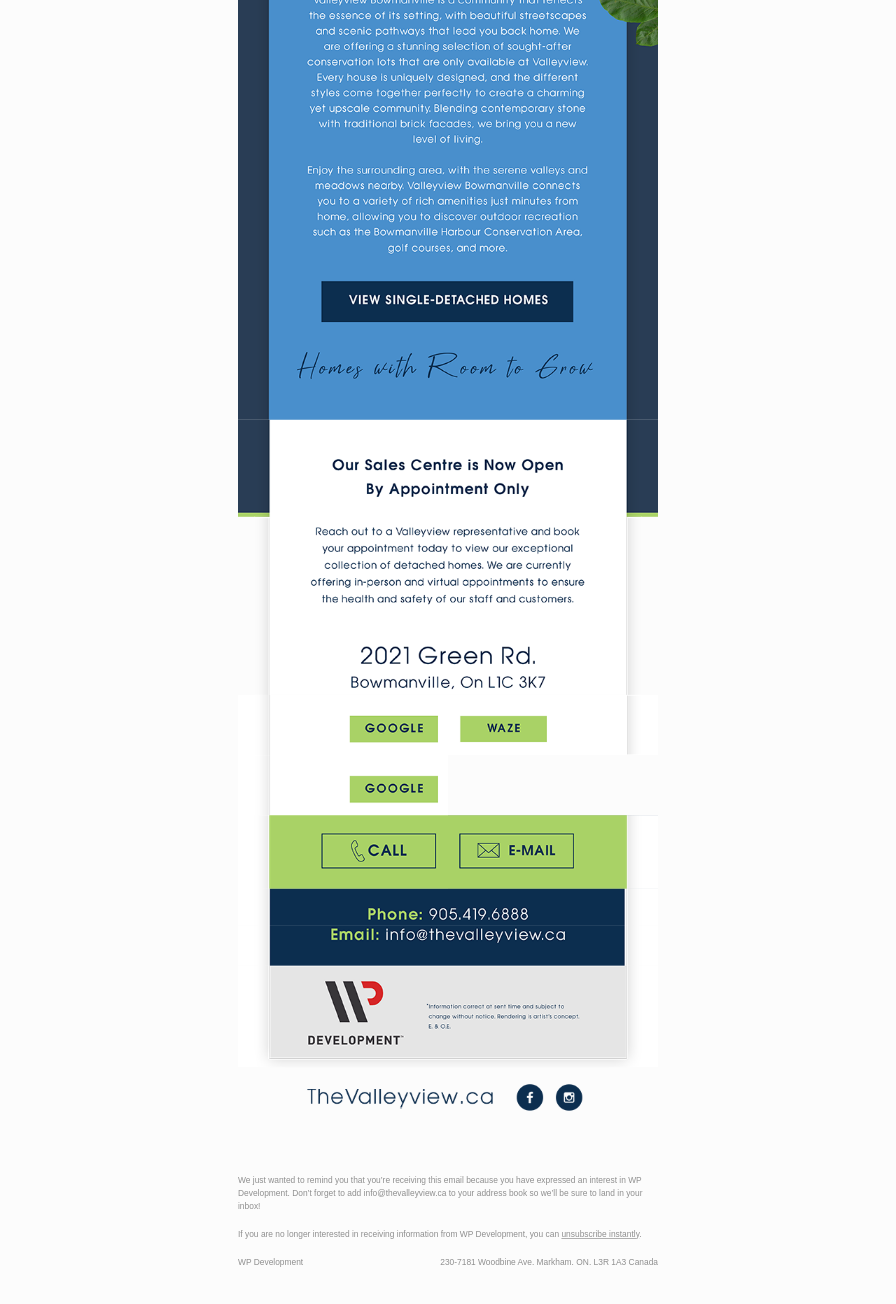
Repository: Danieldev28/Email_Marketing
Page: 6535 WEAL Valleyview - July 2020 Conservation Ecast/index.html
The author's editor kept a record of every edit. The page is drawn from the files as they stood at one moment, then again after the next edit.
The browser window is 1280 px wide. The pictures show the part of the page from y = 1334 to 3254 px (the page is 3197 px tall before and 3254 px after), at 70% of full size.

Above is the page before.

### 6535 WEAL Valleyview - July 2020 Conservation Ecast/index.html
<!DOCTYPE html PUBLIC "-//W3C//DTD HTML 4.01 Transitional//EN"
	 "http://www.w3.org/TR/html4/loose.dtd">
<html lang="en">
	<head>
		<meta http-equiv="Content-Type" content="text/html; charset=UTF-8">
		<title>Valleyview</title>
		<meta name="format-detection" content="telephone=no">
		<style type="text/css">
			@media screen and (-webkit-min-device-pixel-ratio: 3.0) and (max-width: 1080px), screen and (max-width: 600px){
				table[class="contenttable"]{
					width: 340px !important;
				}
				table[class="legal"]{
					width: 340px !important;
				}
				img[class="social"]{
					height: 22px !important;
				}
				img[class="img-full"]{
					width: 340px !important;
				}
				img[class="url"]{
					width: 200px !important;
				}
				table[class="box1"]{
					width:  124.71px !important;
				}
				table[class="box2"]{
					width:  90.70px !important;
				}
				table[class="box3"]{
					width:  170px !important;
				}
			}
			table{
				mso-table-lspace:0pt;
				mso-table-rspace:0pt;
				border-collapse:collapse;
			}
			a {
				text-decoration:none;
				border:none;
			}
			img {
				border:none;
				border-collapse:collapse;
			}
			hr {
				height:1px;
				color:#fff;
				background-color: #fff;
				border:none;
			}
			p {
				padding:0px;
				margin:0px;
			}
			.ReadMsgBody { width: 100%; margin:0px; padding:0px;}
			.ExternalClass {width: 100%; margin:0px; padding:0px; background-color:#fff !important;}
			*{line-height: 100% }
		</style>
	</head>
	<body bgcolor="#fcfcfc" topmargin="0" leftmargin="0" marginheight="0" marginwidth="0" style="-webkit-font-smoothing: antialiased;width:100% !important;background:#fcfcfc;-webkit-text-size-adjust:none;background-color:#fcfcfc;">
		<table border="0" cellpadding="0" cellspacing="0" class="contenttable" align="center" style="width:600px;height:auto;border-collapse:collapse;">
			<tr>
				<td colspan="2" style="margin:0px;padding:40px 0px;color:#8f8f8f;font-family:'Gotham', sans-serif;font-size:12px;line-height:1.2;" align="left" class="legal1">
					<!--[if gte mso 9]><font face="'Gotham', Helvetica, sans-serif" style="line-height:1.2;font-family:'Gotham', sans-serif;"><![endif]-->
						[firstname,fallback=Registrant] is this email not displaying correctly? <webversion style="color:#8f8f8f;line-height:1.2;">View it in your browser</webversion>.
					<!--[if gte mso 9]></font><![endif]-->
				</td>
			</tr>
			<tr>
				<td colspan="2" style="margin:0px;padding:0px 0px 0px 0px;text-align:center;background-color:#fff;line-height:0px;"><a href="https://thevalleyview.ca/?utm_source=6535%20WEAL%20Valleyview%20-%20July%202020%20Conservation%20Ecast&utm_medium=email&utm_campaign=6535%20WEAL%20Valleyview%20-%20July%202020%20Conservation%20Ecast&utm_content=Valleyview" target="_blank" style="line-height:0px;"><img src="img/top1.png" style="line-height:0px;width:100%;" class="img-full" alt="Valleyview"></a></td>
		  	</tr>
			<tr>
				<td colspan="2" style="margin:0px;padding:0px 0px 0px 0px;text-align:center;line-height:0px;"><a href="https://thevalleyview.ca/?utm_source=6535%20WEAL%20Valleyview%20-%20July%202020%20Conservation%20Ecast&utm_medium=email&utm_campaign=6535%20WEAL%20Valleyview%20-%20July%202020%20Conservation%20Ecast&utm_content=Valleyview" target="_blank" style="line-height:0px;"><img src="img/text2.png" style="line-height:0px;width:100%;" class="img-full" alt="View Single-Detached Homes"></a></td>
			</tr>
			<tr>
				<td colspan="2" style="margin:0px;padding:0px 0px 0px 0px;text-align:center;line-height:0px;"><a href="https://thevalleyview.ca/?utm_source=6535%20WEAL%20Valleyview%20-%20July%202020%20Conservation%20Ecast&utm_medium=email&utm_campaign=6535%20WEAL%20Valleyview%20-%20July%202020%20Conservation%20Ecast&utm_content=Valleyview" target="_blank" style="line-height:0px;"><img src="img/text3.png" style="line-height:0px;width:100%" class="img-full" alt="View Single-Detached Homes"></a></td>
		  	</tr>
			<tr>
				<td colspan="2" style="margin:0px;padding:0px 0px 0px 0px;text-align:center;line-height:0px;"><a href="https://thevalleyview.ca/?utm_source=6535%20WEAL%20Valleyview%20-%20July%202020%20Conservation%20Ecast&utm_medium=email&utm_campaign=6535%20WEAL%20Valleyview%20-%20July%202020%20Conservation%20Ecast&utm_content=Valleyview" target="_blank" style="line-height:0px;"><img src="img/something4-middle.png" style="line-height:0px;width:100%" class="img-full" alt="Valleyview"></a></td>

		  	</tr>
		  	<!--not workingggg-->
		  <!--	<tr>
		  			<td colspan="2" style="margin:0px;padding:0px 0px 0px 0px;text-align:center;line-height:0px;"><a href="https://thevalleyview.ca/?utm_source=6535%20WEAL%20Valleyview%20-%20July%202020%20Conservation%20Ecast&utm_medium=email&utm_campaign=6535%20WEAL%20Valleyview%20-%20July%202020%20Conservation%20Ecast&utm_content=Valleyview" target="_blank" style="line-height:0px;"><img src="img/something4-google.png"  style="line-height:0px;" class="img" alt="Valleyview"></a></td>
				<td colspan="2" style="margin:0px;padding:0px 0px 0px 0px;text-align:center;line-height:0px;"><a href="https://thevalleyview.ca/?utm_source=6535%20WEAL%20Valleyview%20-%20July%202020%20Conservation%20Ecast&utm_medium=email&utm_campaign=6535%20WEAL%20Valleyview%20-%20July%202020%20Conservation%20Ecast&utm_content=Valleyview" target="_blank" style="line-height:0px;"><img src="img/something4-waze.png"  style="line-height:0px;" class="img" alt="Valleyview"></a></td>
		  	</tr>-->
			<tr>
				<td>
					<table>
						<tr>
							<td style="border-collapse:collapse;margin:0px;padding:0px 0px 0px;background-color:#fff;color:#E5422B;font-family:'Gotham', sans-serif;font-size:20px;line-height:1;text-align:center;font-weight:500;text-transform:uppercase;"
								align="right" class="header2">
									<table border="0" cellpadding="0" cellspacing="0" class="box3" align="right" style="width:300px;height:auto;border-collapse:collapse;font-family:Helvetica, Arial, sans-serif;font-size:14px;">
										<tr>
											<td style="border-collapse:collapse;margin:0px;padding:0px;background-color:#fff;color:#000;font-family:'Gotham', sans-serif;font-size:32px;line-height:1;text-align:left;font-weight:400;text-transform:uppercase;"align="left" class="text1"><!--[if gte mso 9]><font face="Helvetica, sans-serif" style="line-height:1;><![endif]--><a href="" target="_blank" style="line-height:0px;" cm_dontconvertlink><img src="img/something4-google.png" style="line-height:1;width:100%;"  alt=""></a><!--[if gte mso 9]></font><![endif]--></td>
										</tr>
									</table>
							</td>
							<td style="border-collapse:collapse;margin:0px;padding:0px 0px 0px;background-color:#fff;color:#E5422B;font-family:'Gotham', sans-serif;font-size:20px;line-height:1;text-align:center;font-weight:500;text-transform:uppercase;"
								align="right" class="header2">
									<table border="0" cellpadding="0" cellspacing="0" class="box3" align="right" style="width:300px;height:auto;border-collapse:collapse;font-family:Helvetica, Arial, sans-serif;font-size:14px;">
										<tr>
											<td style="border-collapse:collapse;margin:0px;padding:0px;background-color:#fff;color:#000;font-family:'Gotham', sans-serif;font-size:32px;line-height:1;text-align:left;font-weight:400;text-transform:uppercase;"align="left" class="text1"><!--[if gte mso 9]><font face="Helvetica, sans-serif" style="line-height:1;><![endif]--><a href="" target="_blank" style="line-height:0px;" cm_dontconvertlink><img src="img/something4-waze.png" style="line-height:1;width:100%;"  alt=""></a><!--[if gte mso 9]></font><![endif]--></td>
										</tr>
									</table>
							</td>
						</tr>
					</table>
				</td>
			</tr>

			<tr>
				<td>
					<table>
						<tr>
							<td style="border-collapse:collapse;margin:0px;padding:0px 0px 0px;background-color:#fff;color:#E5422B;font-family:'Gotham', sans-serif;font-size:20px;line-height:1;text-align:center;font-weight:500;text-transform:uppercase;"
								align="right" class="header2">
									<table border="0" cellpadding="0" cellspacing="0" class="box3" align="right" style="width:300px;height:auto;border-collapse:collapse;font-family:Helvetica, Arial, sans-serif;font-size:14px;">
										<tr>
											<td style="border-collapse:collapse;margin:0px;padding:0px;background-color:#fff;color:#000;font-family:'Gotham', sans-serif;font-size:32px;line-height:1;text-align:left;font-weight:400;text-transform:uppercase;"align="left" class="text1"><!--[if gte mso 9]><font face="Helvetica, sans-serif" style="line-height:1;><![endif]--><a href="" target="_blank" style="line-height:0px;" cm_dontconvertlink><img src="img/something4-google.png" style="line-height:1;width:100%;"  alt=""></a><!--[if gte mso 9]></font><![endif]--></td>
										</tr>
									</table>
							</td>
						</tr>
					</table>
				</td>
			</tr>


		  	<!-------------------------------->
			<tr>
				<td>
					<table border="0" cellpadding="0" cellspacing="0" class="legal" align="center" style="width:600px;height:auto;border-collapse:collapse;font-family:Helvetica, Arial, sans-serif;font-size:14px;">
						<tr>
							<td style="border-collapse:collapse;margin:0px;padding:0px 0px 0px;background-color:#fff;color:#E5422B;font-family:'Gotham', sans-serif;font-size:20px;line-height:1;text-align:center;font-weight:500;text-transform:uppercase;"
								align="right" class="header2">
								<!--[if gte mso 9]><font face="Helvetica, sans-serif" style="line-height:1;><![endif]-->
									<table border="0" cellpadding="0" cellspacing="0" class="box3" align="right" style="width:300px;height:auto;border-collapse:collapse;font-family:Helvetica, Arial, sans-serif;font-size:14px;">
										<tr>
											<td style="border-collapse:collapse;margin:0px;padding:0px;background-color:#fff;color:#000;font-family:'Gotham', sans-serif;font-size:32px;line-height:1;text-align:left;font-weight:400;text-transform:uppercase;"align="left" class="text1"><!--[if gte mso 9]><font face="Helvetica, sans-serif" style="line-height:1;><![endif]--><a href="tel:9054196888" target="_blank" style="line-height:0px;" cm_dontconvertlink><img src="img/call.png" style="line-height:1;width:100%;"  alt="905-419-6888"></a><!--[if gte mso 9]></font><![endif]--></td>
										</tr>
									</table>
								<!--[if gte mso 9]></font><![endif]-->
							</td>
							<td style="border-collapse:collapse;margin:0px;padding:0px 0px 0px;background-color:#0c2e4f;color:#E5422B;font-family:'Gotham', sans-serif;font-size:20px;line-height:1;text-align:center;font-weight:500;text-transform:uppercase;"
								align="right" class="header2">
								<!--[if gte mso 9]><font face="Helvetica, sans-serif" style="line-height:1;><![endif]-->
									<table border="0" cellpadding="0" cellspacing="0" class="box3" align="right" style="width:300px;height:auto;border-collapse:collapse;font-family:Helvetica, Arial, sans-serif;font-size:14px;">
										<tr>
											<td style="border-collapse:collapse;margin:0px;padding:0px;background-color:#fff;color:#000;font-family:'Gotham', sans-serif;font-size:32px;line-height:1;text-align:left;font-weight:400;text-transform:uppercase;"align="left" class="text1"><!--[if gte mso 9]><font face="Helvetica, sans-serif" style="line-height:1;><![endif]--><a href="mailto:info@thevalleyview.ca" target="_blank" style="line-height:1;text-decoration:none;"><img src="img/email-2.png" style="line-height:1;width:100%;"  alt="info@thevalleyview.ca"></a><!--[if gte mso 9]></font><![endif]--></td>
										</tr>
									</table>
								<!--[if gte mso 9]></font><![endif]-->
							</td>
						</tr>
					</table>
				</td>
			</tr>
			<tr>
				<td colspan="2" style="margin:0px;padding:0px 0px 0px 0px;text-align:center;line-height:0px;"><a href="tel:9054196888" target="_blank" style="line-height:0px;" cm_dontconvertlink><img src="img/phone.png" style="line-height:0px;width:100%;" class="img-full" alt="9054196888"></a></td>
		  	</tr>
			<tr>
				<td colspan="2" style="margin:0px;padding:0px 0px 0px 0px;text-align:center;line-height:0px;"><a href="mailto:info@thevalleyview.ca" target="_blank" style="line-height:0px;"><img src="img/email.png" style="line-height:0px;width:100%;" class="img-full" alt="info@thevalleyview.ca"></a></td>
		  	</tr>
			<tr>
				<td colspan="2" style="margin:0px;padding:0px 0px 0px 0px;text-align:center;line-height:0px;"><a href="wpcontent" class="img-full" alt="Footer"></a></td>
		  	</tr>
		  	<!--working on-->
		  		<tr>
				<td colspan="2" style="margin:0px;padding:0px 0px 0px 0px;text-align:center;line-height:0px;"><a href="http://wpdevelopment.ca/?utm_source=6396%20WEAL%20Valleyview%20-%20Survey%20Winner%20June%202020&amp;utm_content=WP%20Development%20Footer&amp;utm_campaign=Valleyview" target="_blank" style="line-height:0px;"><img src="img/footer.png" style="line-height:0px;width:100%" class="img-full" alt="Footer"></a></td>
		  	</tr>
		  	<!---------------------------------------------------------->
			<tr>
				<td colspan="2" style="margin:0px;padding:24px 0px 50px;text-align:center;line-height:1;" class="">
					<!---fix link!!----->
					<a href="" target="_blank" style="line-height:0px;"><img src="img/url.png" style="line-height:1;" class="url" alt="TheValleyview.ca"></a><a href="https://www.facebook.com/WP-Development-Inc-168421577165999/" target="_blank" style="line-height:1;text-decoration:none;"><img src="img/facebook.png" style="line-height:1;"  alt="" class="social"></a><a href="https://www.instagram.com/wp.development/" target="_blank" style="line-height:1;text-decoration:none;"><img src="img/instagram.png" style="line-height:1;"  alt="" class="social"></a>
				</td>
			</tr>
		</table>
		<table border="0" cellpadding="0" cellspacing="0" class="legal" align="center" style="width:600px;">
			<tr>
				<td colspan="2" style="margin:0px;padding:40px 0px 20px;color:#8f8f8f;font-family:'Gotham', sans-serif;font-size:12px;line-height:1.6;text-align:left;" align="center" class="legal1">
					<!--[if gte mso 9]><font face="'Gotham', Helvetica, sans-serif" style="line-height:1.6;"><![endif]-->
						We just wanted to remind you that you&#8217;re receiving this email because you have expressed an interest in WP Development. Don&#8217;t forget to add <a href="mailto:info@thevalleyview.ca" style="color:#8f8f8f;text-decoration:none;line-height:1.6;">info@thevalleyview.ca</a> to your address book so we&#8217;ll be sure to land in your inbox!
					<!--[if gte mso 9]></font><![endif]-->
				</td>
			</tr>
			<tr>
				<td colspan="2" style="margin:0px;padding:0px 0px 20px;color:#8f8f8f;font-family:'Gotham', sans-serif;font-size:12px;line-height:1.6;text-align:left;" align="center" class="legal1">
					<!--[if gte mso 9]><font face="'Gotham', Helvetica, sans-serif" style="line-height:1.6;"><![endif]-->
						If you are no longer interested in receiving information from WP Development, you can <unsubscribe style="text-decoration:underline;color:#8f8f8f;line-height:1.6;">unsubscribe instantly</unsubscribe>.
					<!--[if gte mso 9]></font><![endif]-->
				</td>
			</tr>
			<tr>
				<td style="margin:0px;padding:0px 0px 50px;color:#8f8f8f;font-family:'Gotham', sans-serif;font-size:12px;line-height:1.6;text-align:left;font-weight:500;" align="left" class="legal1" itemprop="agent" itemscope itemtype="http://schema.org/Organization">
					<!--[if gte mso 9]><font face="'Gotham', Helvetica, sans-serif" style="line-height:1.6;"><![endif]-->
						<a href="https://thevalleyview.ca/?utm_source=6535%20WEAL%20Valleyview%20-%20July%202020%20Conservation%20Ecast&utm_medium=email&utm_campaign=6535%20WEAL%20Valleyview%20-%20July%202020%20Conservation%20Ecast&utm_content=Valleyview" style="line-height:1.6;color:#8f8f8f;text-decoration:none;" itemprop="url">
							WP Development
						</a>
					<!--[if gte mso 9]></font><![endif]-->
				</td>
				<td style="margin:0px;padding:0px 0px 50px 30px;color:#8f8f8f;font-family:'Gotham', sans-serif;font-size:12px;line-height:1.6;text-align:right;" align="right" class="legal1">
					<!--[if gte mso 9]><font face="'Gotham', Helvetica, sans-serif" style="line-height:1.6;"><![endif]-->
						<a href="https://thevalleyview.ca/?utm_source=6535%20WEAL%20Valleyview%20-%20July%202020%20Conservation%20Ecast&utm_medium=email&utm_campaign=6535%20WEAL%20Valleyview%20-%20July%202020%20Conservation%20Ecast&utm_content=Valleyview" target="_blank" style="line-height:1.6;color:#8f8f8f;text-decoration:none;">
							230-7181 Woodbine Ave. Markham. ON. L3R 1A3 Canada
						</a>
					<!--[if gte mso 9]></font><![endif]-->
				</td>
			</tr>
		</table>
	</body>
</html>

After the next edit:
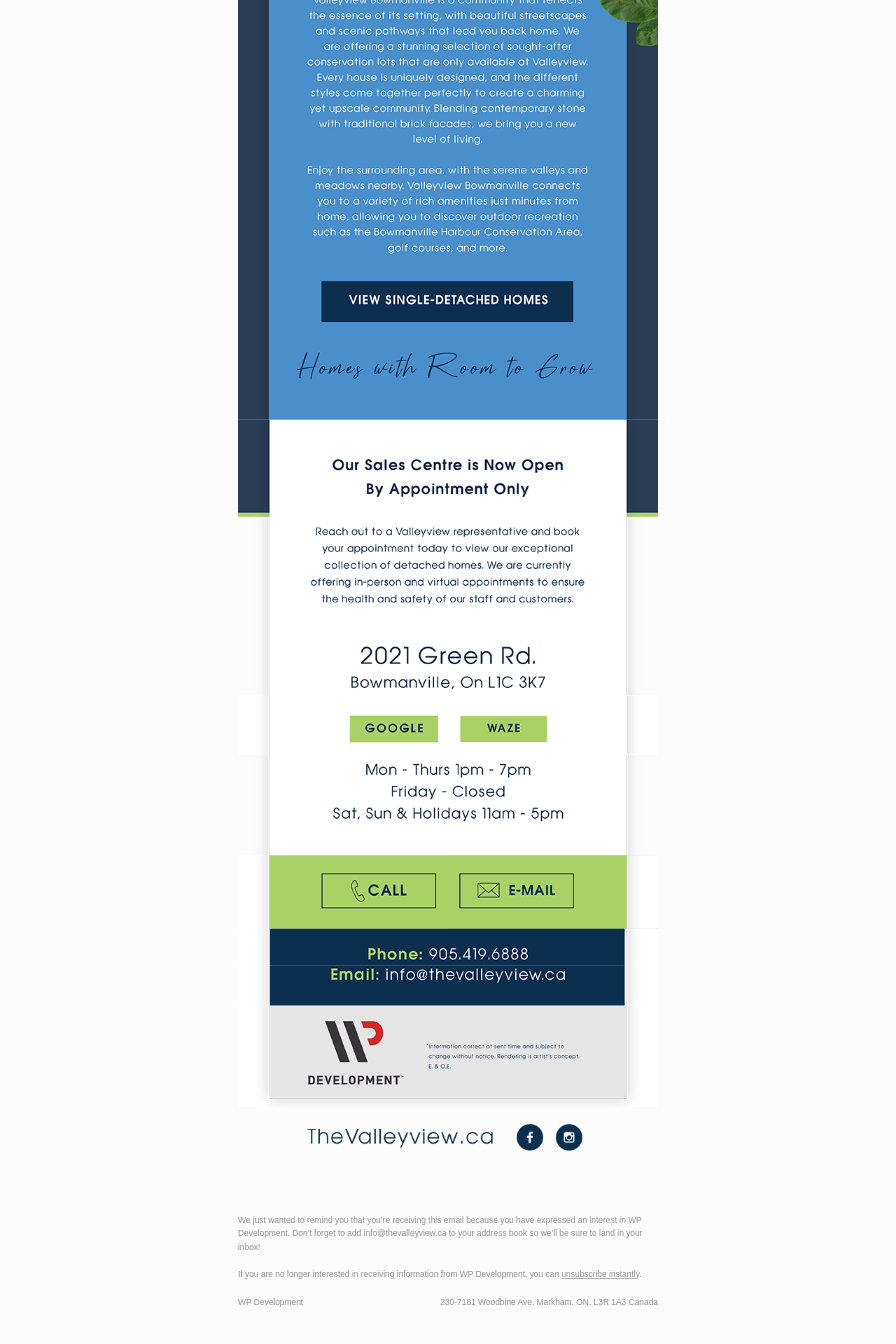
The edit:
--- a/6535 WEAL Valleyview - July 2020 Conservation Ecast/index.html
+++ b/6535 WEAL Valleyview - July 2020 Conservation Ecast/index.html
@@ -111,23 +111,11 @@
 					</table>
 				</td>
 			</tr>
-
-			<tr>
-				<td>
-					<table>
-						<tr>
-							<td style="border-collapse:collapse;margin:0px;padding:0px 0px 0px;background-color:#fff;color:#E5422B;font-family:'Gotham', sans-serif;font-size:20px;line-height:1;text-align:center;font-weight:500;text-transform:uppercase;"
-								align="right" class="header2">
-									<table border="0" cellpadding="0" cellspacing="0" class="box3" align="right" style="width:300px;height:auto;border-collapse:collapse;font-family:Helvetica, Arial, sans-serif;font-size:14px;">
-										<tr>
-											<td style="border-collapse:collapse;margin:0px;padding:0px;background-color:#fff;color:#000;font-family:'Gotham', sans-serif;font-size:32px;line-height:1;text-align:left;font-weight:400;text-transform:uppercase;"align="left" class="text1"><!--[if gte mso 9]><font face="Helvetica, sans-serif" style="line-height:1;><![endif]--><a href="" target="_blank" style="line-height:0px;" cm_dontconvertlink><img src="img/something4-google.png" style="line-height:1;width:100%;"  alt=""></a><!--[if gte mso 9]></font><![endif]--></td>
-										</tr>
-									</table>
-							</td>
-						</tr>
-					</table>
-				</td>
-			</tr>
+			<tr>
+				<td colspan="2" style="margin:0px;padding:0px 0px 0px 0px;text-align:center;line-height:0px;"><a href="tel:9054196888" target="_blank" style="line-height:0px;" cm_dontconvertlink><img src="img/something4-btext.png" style="line-height:0px;width:100%;" class="img-full" alt="9054196888"></a></td>
+		  	</tr>
+
+
 
 
 		  	<!-------------------------------->
